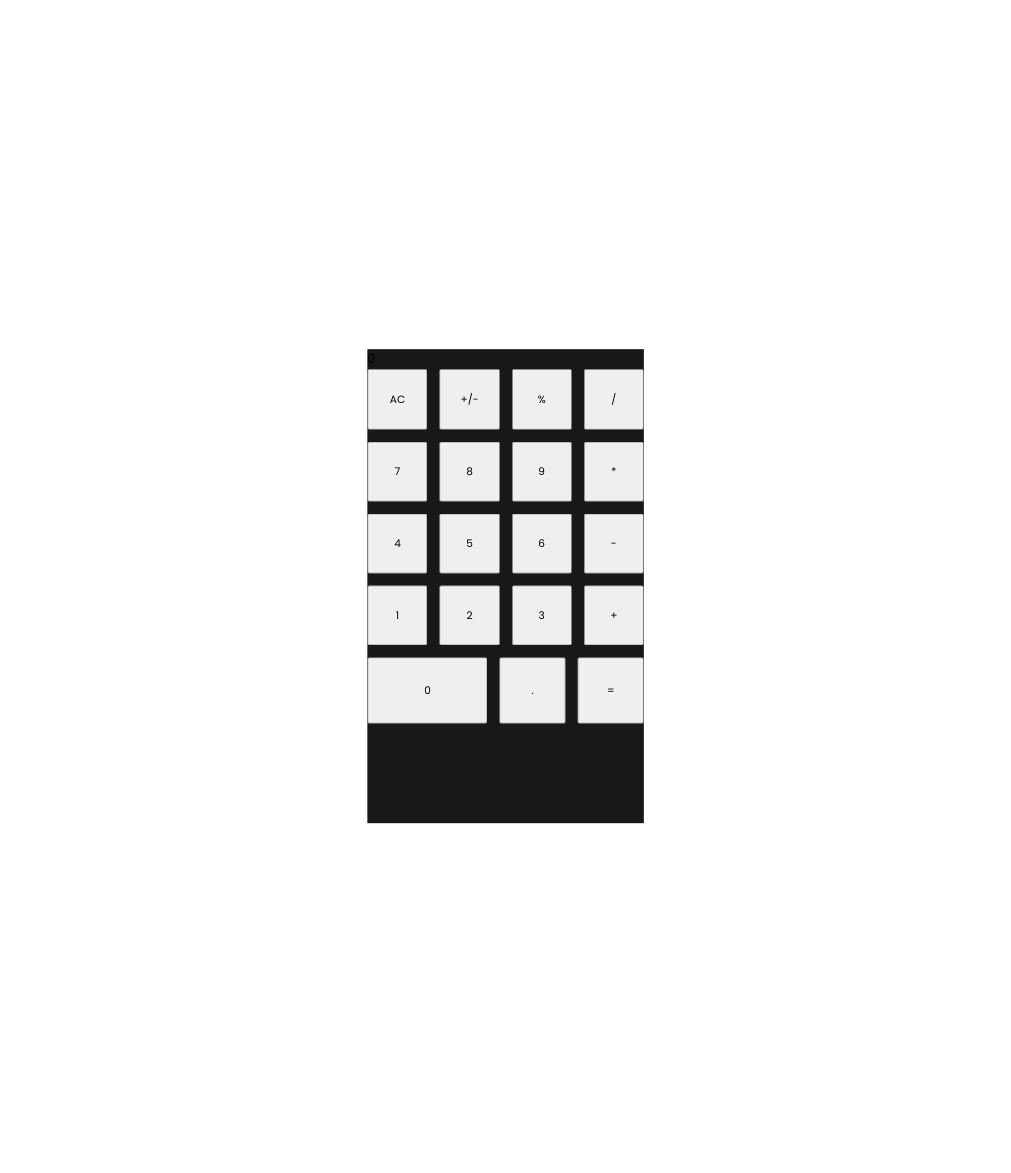
Repository: minhtien9/Calculator
Page: /
These files come from the project's save history. The page is drawn as it stood at one moment and after the next save; the edit follows.
The browser window is 1280 px wide. The pictures show the whole page, at 79% of full size.
The project was rebuilt for these pictures with package versions that can differ from the ones it lists, and the page was loaded fresh each time. Also part of the build but not shown: src/App.css.

Above is the page before, as saved 2022-07-21 18:33:34.

After the next save:
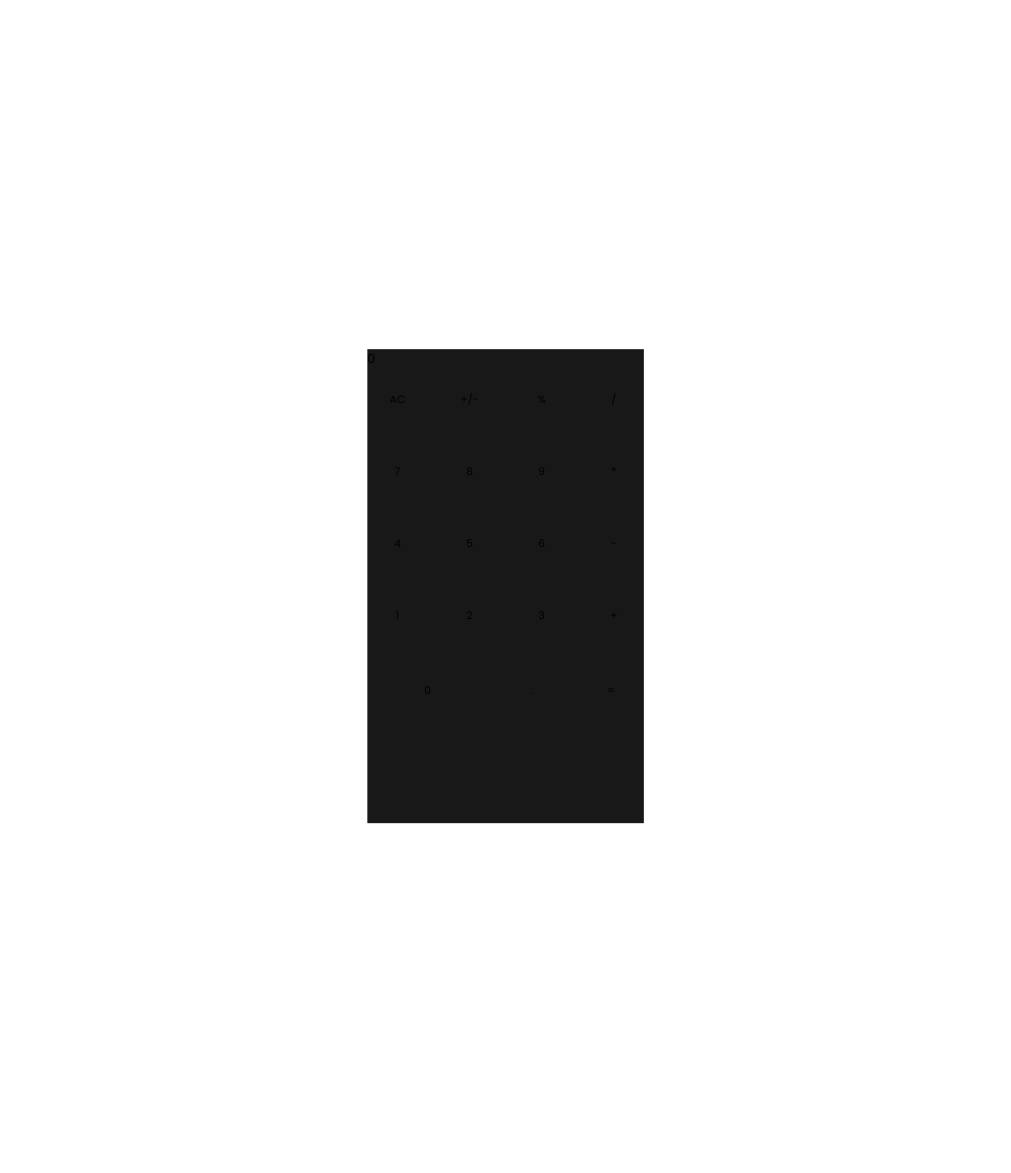
Saved 33 s later.
--- a/src/Components/Caculator.scss
+++ b/src/Components/Caculator.scss
@@ -2,6 +2,11 @@
 
 * {
     font-family: "Poppins";
+}
+
+button {
+    border: none;
+    background: none;
 }
 
 .caculator {
